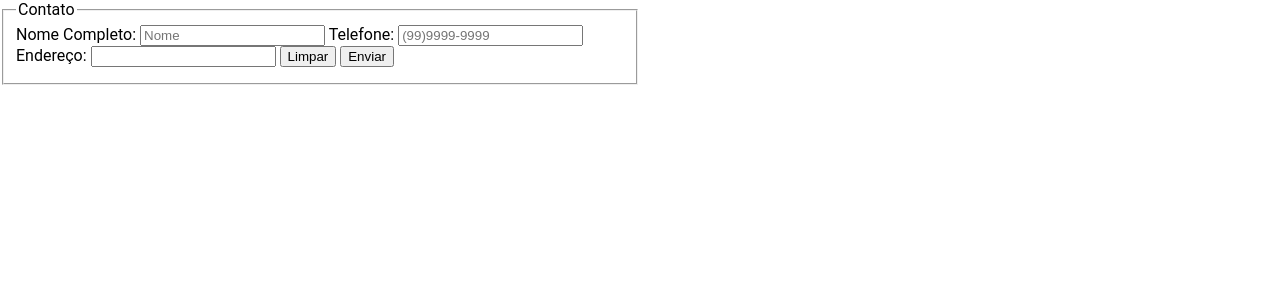
Repository: PedroViniciusVeiga/ProjetoColdigo
Page: exemploServlet/WebContent/contato.html
These files come from the project's save history. The page is drawn as it stood at one moment and after the next save; the edit follows.
The browser window is 1280 px wide. The pictures show the whole page.

Above is the page before, as saved 2021-04-07 01:25:31.

### exemploServlet/WebContent/contato.html
<!DOCTYPE html>
<html>
<head>
<meta charset="UTF-8">
<title>Registro de Contatos</title>
<link rel="stylesheet" type="text/css" href="css/siteContato.css">

</head>
<body>
<div class="blocoForm">
	<form name="dadosdecontato" method="post" action="#" class="formContato">
		<fieldset>
			<legend>Contato</legend>
			<label for="nome">Nome Completo:</label> <input type="text" name="txtnome"  id="nome" placeholder="Nome">
			<label for="fone">Telefone:</label> <input type="text" name="txtfone" placeholder=(99)9999-9999 id="fone">
			<label for="end">Endereço:</label> <input type="text" name="txtend"  id="end">
			<button type="reset">Limpar</button> <button type="submit" id="enviar">Enviar</button>
			<table>
				<tr>

					<td></td>
				</tr>
			</table>
		</fieldset>
	</form>
	</div>
</body>
</html>

### exemploServlet/WebContent/css/siteContato.css
@charset "UTF-8";

			/*Corpo da página*/

body {
	margin: 0 auto;
	font-family: "Roboto", sans-serif;
}

.blocoForm{
	float:left;
	width: 50%;
	height: 100%;
}

After the next save:
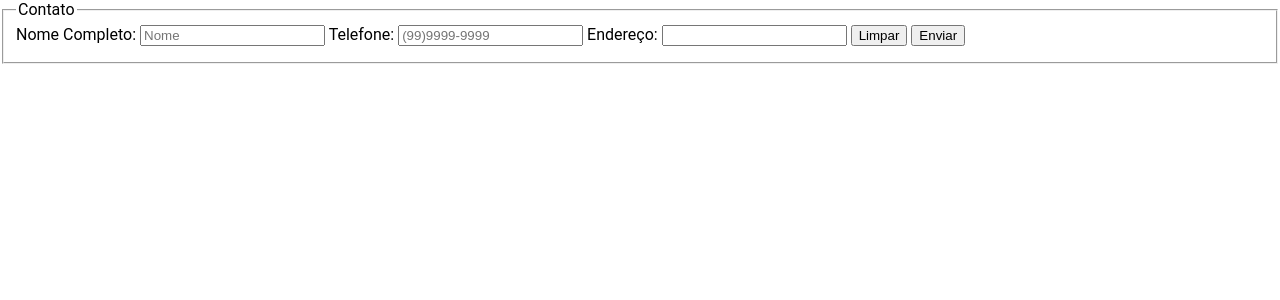
Saved 33 min 9 s later.
--- a/exemploServlet/WebContent/css/siteContato.css
+++ b/exemploServlet/WebContent/css/siteContato.css
@@ -9,6 +9,6 @@ body {
 
 .blocoForm{
 	float:left;
-	width: 50%;
+	width: 100%;
 	height: 100%;
 }
